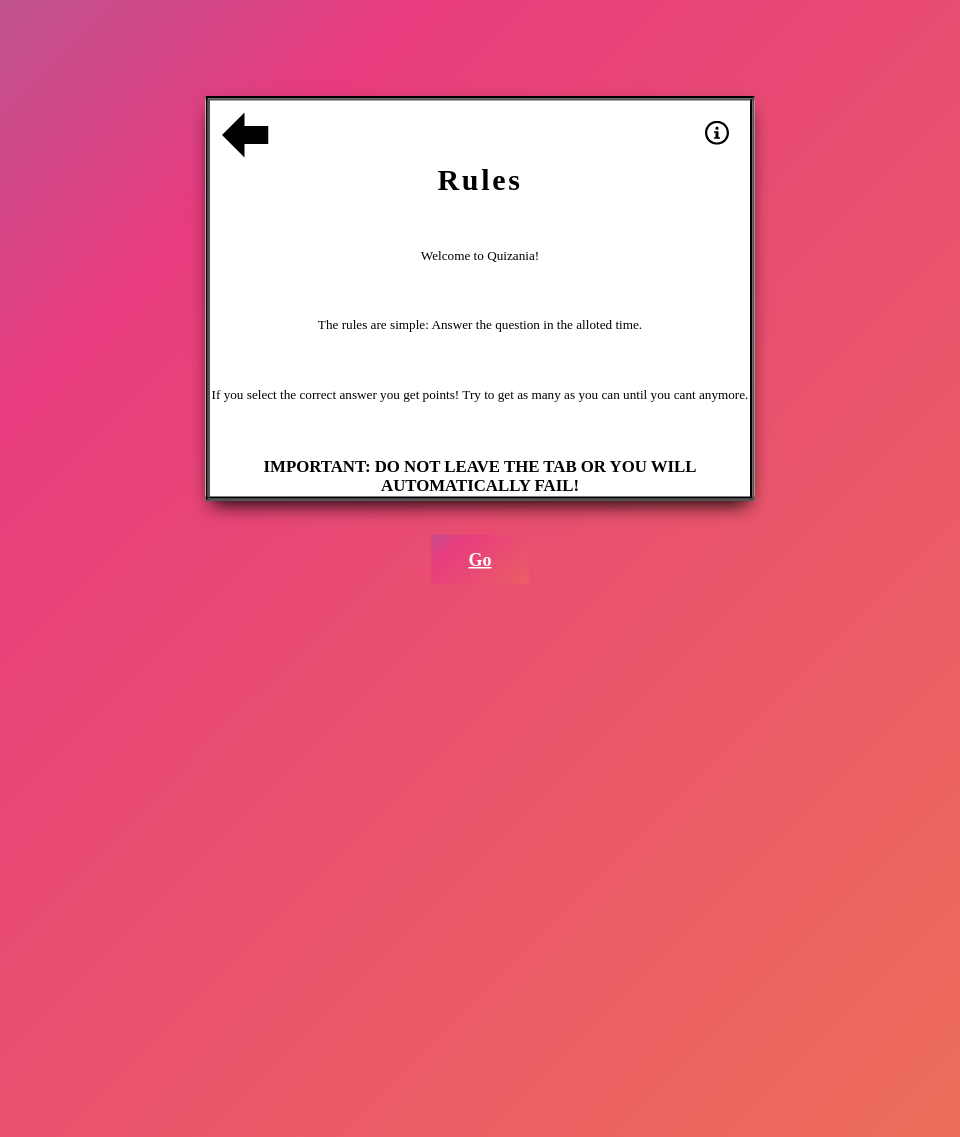
Repository: PatrickTheCodeGuy/QuizApp
Page: /newGame (app in quizapp/)
These files come from the project's save history. The page is drawn as it stood at one moment and after the next save; the edit follows.
The browser window is 1280 px wide. The pictures show the whole page, at 75% of full size.
The project was rebuilt for these pictures with package versions that can differ from the ones it lists, and the page was loaded fresh each time. A package was used in the major version that the imports need, not the one package.json lists. Also part of the build but not shown: quizapp/src/App.css, quizapp/src/components/Leaderboard/Leaderboard.css, quizapp/src/components/Leaderboard/Leaderboard.js, quizapp/src/components/StartMenu/StartMenu.js, quizapp/src/App.js.

Above is the page before, as saved 2021-07-08 20:37:48.

### quizapp/src/index.js
import React from 'react';
import ReactDOM from 'react-dom';
import './index.css';
import App from './App';
import GameInfo from './components/GameInfo/GameInfo';
import reportWebVitals from './reportWebVitals';
import {
  BrowserRouter as Router,
  Switch,
  Route,
  Link
} from "react-router-dom";

ReactDOM.render(
  <React.StrictMode>
    <Router>
          <Switch>
              <Route exact path="/" component={App}/>
              <Route path="/newGame" component={GameInfo}/>
          </Switch>
      </Router>
  </React.StrictMode>,
  document.getElementById('root')
);

// If you want to start measuring performance in your app, pass a function
// to log results (for example: reportWebVitals(console.log))
// or send to an analytics endpoint. Learn more: https://bit.ly/CRA-vitals
reportWebVitals();

### quizapp/src/index.css
body {
  margin: 0;
  font-family: -apple-system, BlinkMacSystemFont, 'Segoe UI', 'Roboto', 'Oxygen',
    'Ubuntu', 'Cantarell', 'Fira Sans', 'Droid Sans', 'Helvetica Neue',
    sans-serif;
  -webkit-font-smoothing: antialiased;
  -moz-osx-font-smoothing: grayscale;
  background: linear-gradient(-45deg, #ee7752, #e73c7e, #23a6d5, #23d5ab);
    background-size: 400% 400%;
    animation: gradient 15s ease infinite;
}

code {
  font-family: source-code-pro, Menlo, Monaco, Consolas, 'Courier New',
    monospace;
}
html, body, #app, #app>div {
  width: 100%;
  height:100%;
}

hr.rounded {
  border-top: 5px solid black;
    border-radius: 1px;
    width: 55%;
}

#root{
  display:flex;
}


@keyframes gradient {
    0% {
        background-position: 0% 50%;
    }
    50% {
        background-position: 100% 50%;
    }
    100% {
        background-position: 0% 50%;
    }
}

### quizapp/src/components/GameInfo/GameInfo.js
import React, { useState } from 'react';
import './GameInfo.css';
import {
	Link
} from 'react-router-dom';
import{ ImArrowLeft, ImInfo }from 'react-icons/im';
import Modal from 'react-modal';


function GameInfo() {
	// Fix for screen readers getting an error on modal mount
	Modal.setAppElement('#root');

	// Modal hook
	const [modalIsOpen, setModalIsOpen] = useState(false);
    return(
        <div className="gameInfo-container">
            <div className="gameInfo-header">
                <Link className="back-button" to="/">
																		<ImArrowLeft size={64} className="back-arrow"/>
																</Link>
																<button class="modal-button"onClick={() => setModalIsOpen(true)}>
																	<ImInfo size={32} className="info-icon"/>
																</button>
																<Modal onRequestClose={() => setModalIsOpen(false)} isOpen={modalIsOpen}>
																		<h1>Modal is Open</h1>
																</Modal>
            </div>
            <div className="gameInfo-body">
																<h5 class="rules-text">Rules</h5>
            </div>
												<div>
														<p class="regular-text info">Welcome to Quizania!</p>
														<p class="regular-text info">The rules are simple: Answer the question in the alloted time.</p>
														<p class="regular-text info">If you select the correct answer you get points! Try to get as many as you can until you cant anymore.</p>
													<p class="regular-text warning">IMPORTANT: DO NOT LEAVE THE TAB OR YOU WILL AUTOMATICALLY FAIL!</p>
													<Link to='/newGame' class="button-start">Go</Link>
												</div>

												</div>
    )
}

export default GameInfo;

### quizapp/src/components/GameInfo/GameInfo.css
.gameInfo-container{
    border: 6px groove black;
    text-align: center;
    background-color: white;
    box-shadow: 0px 12px 25px -8px #000000;
    width: 45em;
    height: 33em;
    margin: 10% auto;
}

.back-button {
    margin-left: 2%;
    margin-top: 2%;
    color: rgb(0, 0, 0);
}

.back-button:hover {
    color: rgba(26, 26, 26, 0.749);
    transform: translateY(2px);
}

.modal-button{
    border: none;
    width: 45px;
    height: 45px;
    margin-right: 3%;
    margin-top: 3%;
    background:white;
    color: black;
}

.rules-text{
    font-family: 'Pacifico', cursive;
    font-size: 2.5em;
    letter-spacing: 0.09em;
    margin-top: 0%;
}

.info {
    font-family: 'Press Start 2P', cursive;
    font-size: 1.1em;
    font-weight: 200;
}

.warning {
    font-weight: bolder;
}



.modal-button:hover {
    color: rgba(40, 40, 40, 0.811);
    transform: translateY(2px);
}

.gameInfo-header{
    display: flex;
    justify-content: space-between;
}

### quizapp/src/components/StartMenu/StartMenu.css
.menu-text{
    font-family: 'Pacifico', cursive;
    font-size: 8em;
    letter-spacing: 0.09em;
    margin-top: 0%;
}

.regular-text{
    font-family:Roboto-Regular;
    font-weight:900;
    font-size: 1.4em;
    margin-bottom: 10%;
}

.button-start{
    padding: 20px 50px;
    font-family: 'Press Start 2P', cursive;
    height: 12%;
    background: linear-gradient(-42deg, #ee7752, #e73c7e, #23a6d5, #23d5ab);
    background-size: 400% 400%;
    animation: gradient 13s ease infinite;
    margin-top: 5%;
    color: white;
    border: none;
    font-size: x-large;
    font-weight: 600;
    transition: background-color 0.1s ease;
}

.button-start:hover{
    background: linear-gradient(-42deg, #a45137, #91254e, #15607b, #158268);
    background-size: 400% 400%;
    animation: gradient 13s ease infinite;
    color: black;
}

.button-start:active {
    border: 2px solid rgba(0, 0, 0, 0.564);
    background: white;
    color: rgb(43, 43, 43);
    transform: translateY(4px);
}

.menu-container{
    border: 6px groove black;
    text-align: center;
    background-color: white;
    box-shadow: 0px 12px 25px -8px #000000;
    width: 45em;
    height: 33em;
    margin: 20% 15%;
}

Loaded but not shown: quizapp/src/reportWebVitals.js (common file)

After the next save:
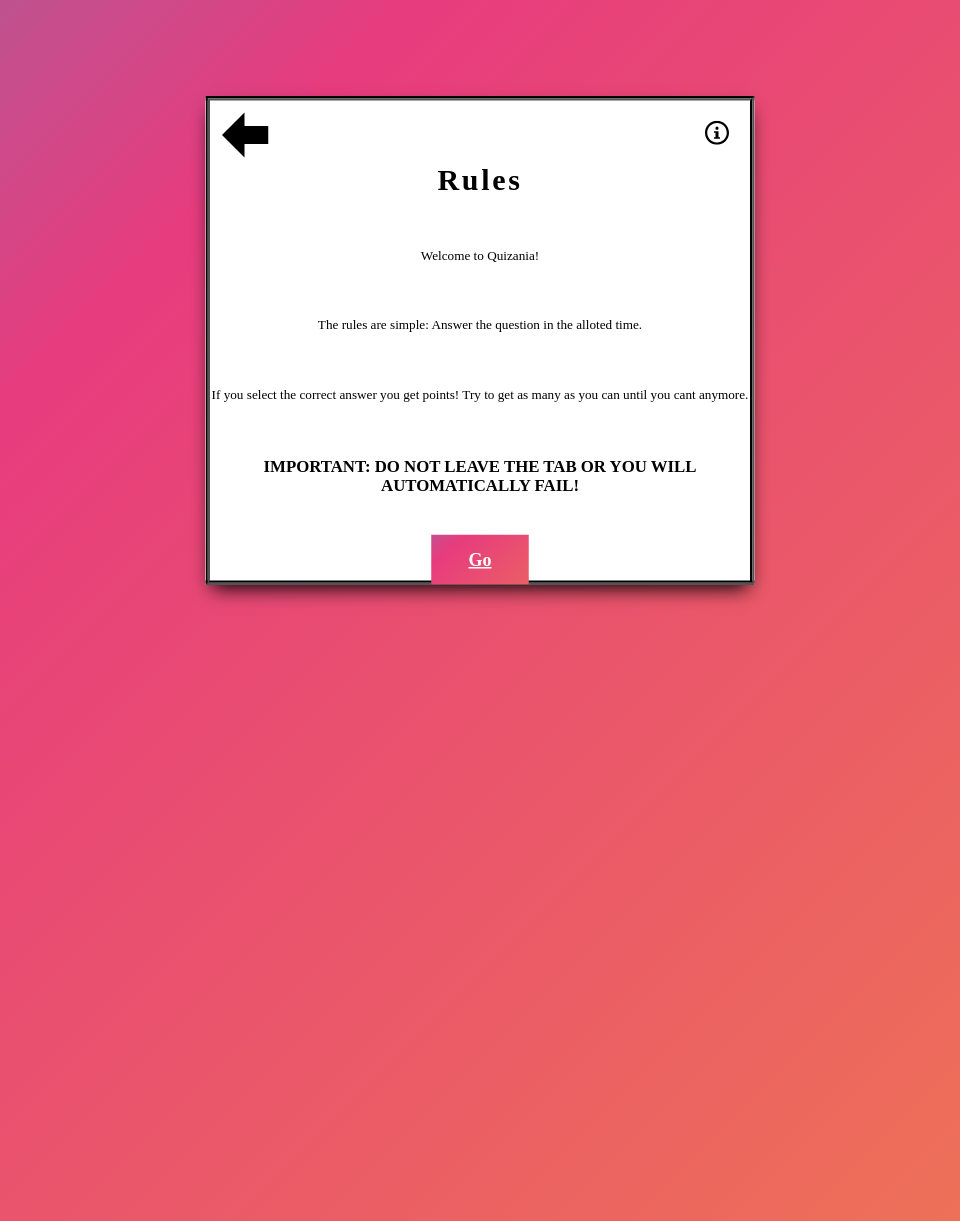
Saved 2 min 26 s later.
--- a/quizapp/src/components/GameInfo/GameInfo.css
+++ b/quizapp/src/components/GameInfo/GameInfo.css
@@ -4,7 +4,7 @@
     background-color: white;
     box-shadow: 0px 12px 25px -8px #000000;
     width: 45em;
-    height: 33em;
+    height: 40em;
     margin: 10% auto;
 }
 
